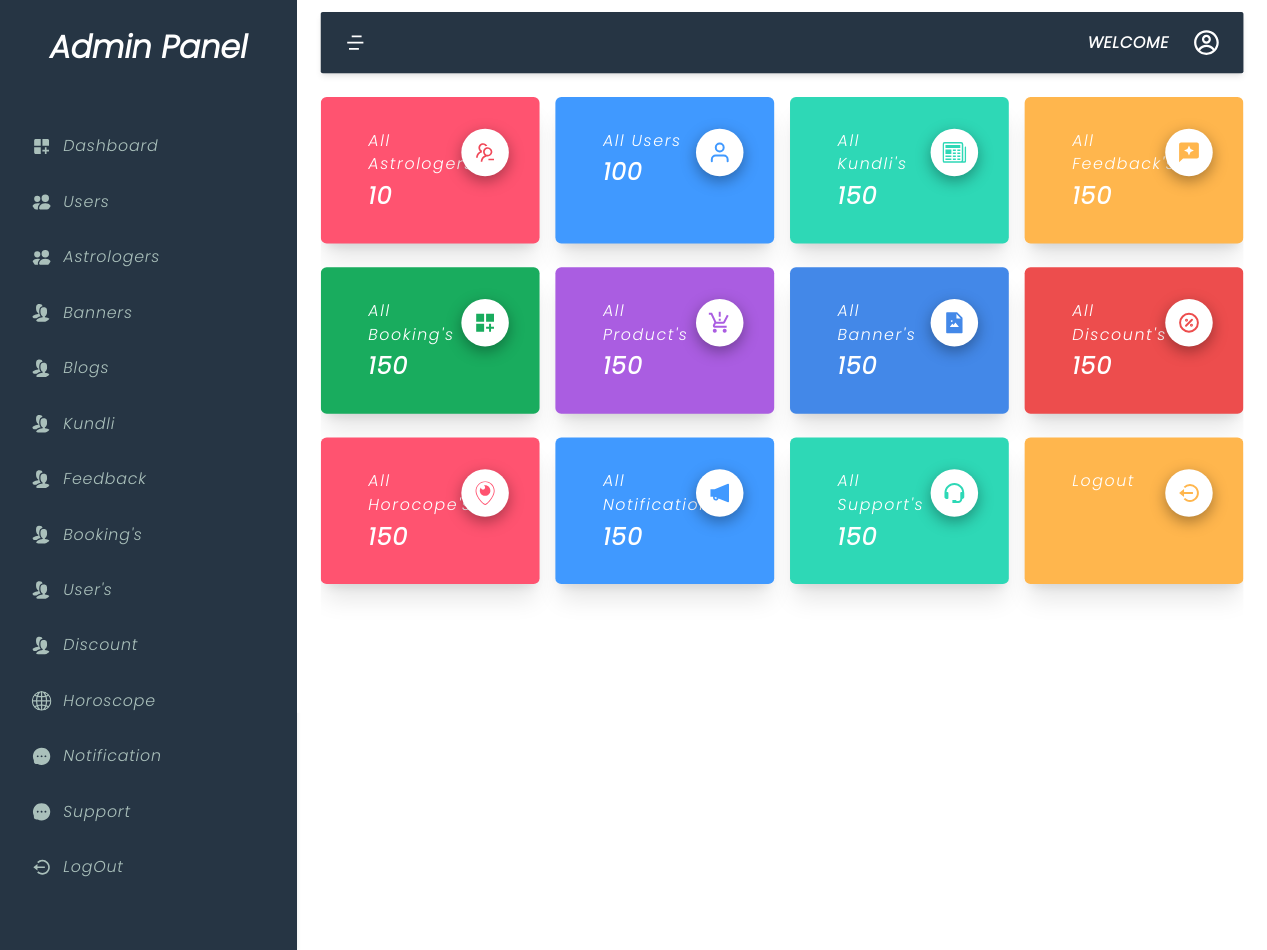
Repository: FlyweisReact/Hariom-Admin-Panel
Page: /vendorDashboard
These files come from the project's save history. The page is drawn as it stood at one moment and after the next save; the edit follows.
The browser window is 1280 px wide. The pictures show the whole page, at 99% of full size.
Some web libraries are served in a nearby version. The project was rebuilt for these pictures with package versions that can differ from the ones it lists, and the page was loaded fresh each time. Also part of the build but not shown: src/vendorPanel/forms/VendorLogin.jsx, src/vendorPanel/pages/AdminDiscount.js, src/vendorPanel/pages/AdminReview.js, src/vendorPanel/pages/Astrologers.js, src/vendorPanel/pages/Banners.js, src/vendorPanel/pages/Booking.js, src/vendorPanel/pages/Horoscope.js, src/vendorPanel/pages/Kundli.js and 6 more.

Above is the page before, as saved 2023-04-15 15:30:25.

### public/index.html
<!-- @format -->

<!DOCTYPE html>
<html lang="en">
  <head>
    <meta charset="utf-8" />
    <meta name="viewport" content="width=device-width, initial-scale=1" />
    <meta name="theme-color" content="#000000" />
    <meta
      name="description"
      content="Web site created using create-react-app"
    />
    <link rel="apple-touch-icon" href="%PUBLIC_URL%/favicon.ico?v=2" />
    <link rel="manifest" href="%PUBLIC_URL%/manifest.json" />
    <link rel="preconnect" href="https://fonts.googleapis.com">
<link rel="preconnect" href="https://fonts.gstatic.com" crossorigin>
<link href="https://fonts.googleapis.com/css2?family=Roboto+Mono:ital,wght@1,300&display=swap" rel="stylesheet">
    <title>HariOm</title>
  </head>
  <body>
    <noscript>You need to enable JavaScript to run this app.</noscript>
    <div id="root"></div>
    <script src="https://code.jquery.com/jquery-3.6.0.min.js"></script>
    <script src="https://kit.fontawesome.com/b533b351e4.js" crossorigin="anonymous"></script>
  </body>
</html>

### src/index.js
import React from "react";
import ReactDOM from "react-dom/client";
import "./index.css";
import App from "./App";
import { BrowserRouter } from "react-router-dom";
import 'bootstrap/dist/css/bootstrap.min.css'

const root = ReactDOM.createRoot(document.getElementById("root"));
root.render(
  <React.StrictMode>
    <BrowserRouter>
      <App />
    </BrowserRouter>
  </React.StrictMode>
);

### src/index.css
/** @format */

@tailwind base;
@tailwind components;
@tailwind utilities;
@import url("https://fonts.googleapis.com/css2?family=Roboto+Mono:ital,wght@1,300&display=swap");
@font-face {
  font-family: Roboto;
  src: url('./Fonts/Poppins-LightItalic.ttf');
}
body {
  margin: 0;
  font-family:Roboto !important;
  -webkit-font-smoothing: antialiased;
  -moz-osx-font-smoothing: grayscale;
}



code {
  font-family:Roboto !important;
}

html {
  font-family:Roboto !important;
}

::-webkit-scrollbar {
  width: 10px;
}
.fa-trash {
  color: red;
  cursor: pointer;
}

/* Track */
::-webkit-scrollbar-track {
  background: #f1f1f1;
}

/* Handle */
::-webkit-scrollbar-thumb {
  background: #888;
}

/* Handle on hover */
::-webkit-scrollbar-thumb:hover {
  background: #555;
}
.profileImage{
  width: 100px;
}
.fa-eye{
  color: #029aff;
  cursor: pointer;
}

.View{
  border:  1px solid black;
  width: 100%;
  padding: 10px;

}

.main-card--container {
  display: grid;
  grid-template-columns: repeat(3, minmax(300px, 500px));
  grid-gap: 50px;
  justify-content: space-around;
}
.card-container {
  margin: 25px 0 auto;
  box-shadow: rgba(0, 0, 0, 0.35) 0px 5px 15px;
  position: relative;
  display: grid;
  grid-template-columns: 1fr;
  justify-content: space-around;
  align-items: flex-start;
}

.myEdit:focus {
  box-shadow: rgba(0, 0, 0, 0.35) 0px 5px 15px;
}

### src/App.js
/** @format */

import { Routes, Route } from "react-router-dom";
import { ToastContainer } from "react-toastify";
import "react-toastify/dist/ReactToastify.css";
import VendorLogin from './vendorPanel/forms/VendorLogin'
import AdminDiscount from "./vendorPanel/pages/AdminDiscount";
import AdminReview from "./vendorPanel/pages/AdminReview";
import Astrologers from "./vendorPanel/pages/Astrologers";
import Banners from "./vendorPanel/pages/Banners";
import Booking from "./vendorPanel/pages/Booking";
import Horoscope from "./vendorPanel/pages/Horoscope";
import Kundli from "./vendorPanel/pages/Kundli";
import Message from "./vendorPanel/pages/Message";
import UploadDocs from "./vendorPanel/pages/UploadDocs";
import Users from "./vendorPanel/pages/Users";
import VendorDashboard from './vendorPanel/pages/VendorDashboard.jsx'
import AdminUsers from './vendorPanel/pages/AdminUsers'
import AdminBlogs from './vendorPanel/pages/AdminBlogs'
import AdminCategory from './vendorPanel/pages/AdminCategory'
// import AdminUsers from './vendorPanel/pages/AdminUsers'

function App() {
  return (
    <>
      <ToastContainer />

      <Routes>
        <Route path="/" element={<VendorLogin />} />
        <Route path="/vendorDashboard" element={<VendorDashboard />} />
        <Route path="/astro" element={<Astrologers />} />
        <Route path="/kundli" element={<Kundli />} />
        <Route path="/horo" element={<Horoscope />} />
        <Route path="/adminReviews" element={<AdminReview />} />
        <Route path="/uploadDocs" element={<UploadDocs />} />
        <Route path="/Banners" element={<Banners />} />
        <Route path="/AdminDiscount" element={<AdminDiscount />} />
        <Route path="/msg" element={<Message />} />
        <Route path="/book" element={<Booking />} />
        <Route path="/users" element={<Users />} />
        {/* <Route path="/support" element={<Suppor />} /> */}
        {/* <Route path="/testimonial" element={<Testimonial />} /> */}


        <Route path="/admin/users" element={<AdminUsers />} />
        <Route path='/admin/blogs' element={<AdminBlogs />} />
        <Route path="/admin/category" element={<AdminCategory />} />
      </Routes>
    </>
  );
}

export default App;

### src/vendorPanel/pages/VendorDashboard.jsx
import React from "react";
import { MdDashboardCustomize, MdProductionQuantityLimits ,MdReviews } from "react-icons/md";
import { FaPeriscope } from "react-icons/fa";
import {AiOutlineUsergroupDelete ,AiFillFileImage , AiFillNotification} from 'react-icons/ai'
import {FiUser} from 'react-icons/fi'
import {BsNewspaper} from 'react-icons/bs'
import {BiSupport ,BiLogOutCircle} from 'react-icons/bi'
import {TbDiscount} from 'react-icons/tb'
import HOC from "../layout/HOC";


const VendorDashboard = () => {
  const card = [
    {
      progress: "bg-blue-400",
      title: "All Astrologers",
      number: "10",
      icon: <AiOutlineUsergroupDelete className="text-2xl text-[rgb(240,72,88)]" />,
      bg : "#ff5370"
    },
    {
      progress: "bg-green-400",
      title: "All Users",
      number: "100",
      icon: (
        <FiUser className="text-2xl text-[#4099ff]" />
      ),
      bg : "#4099ff"
    },
    {
      progress: "bg-yellow-400",
      title: "All Kundli's",
      number: "150",
      icon: <BsNewspaper className="text-2xl text-[#2ed8b6]" />,
      bg : "#2ed8b6"
    },
    {
      progress: "bg-yellow-400",
      title: "All Feedback's",
      number: "150",
      icon: <MdReviews className="text-2xl text-[#ffb64d]" />,
      bg : "#ffb64d"
    },
    {
      progress: "bg-yellow-400",
      title: "All Booking's",
      number: "150",
      icon: <MdDashboardCustomize className="text-2xl text-[#19ac5e]" />,
      bg : "#19ac5e"
    },
    {
      progress: "bg-yellow-400",
      title: "All Product's",
      number: "150",
      icon: <MdProductionQuantityLimits className="text-2xl text-[#aa5de1]" />,
      bg : "#aa5de1"
    },
    {
      progress: "bg-yellow-400",
      title: "All Banner's",
      number: "150",
      icon: <AiFillFileImage className="text-2xl text-[#4388e8]" />,
      bg : "#4388e8"
    },
    {
      progress: "bg-yellow-400",
      title: "All Discount's",
      number: "150",
      icon: <TbDiscount className="text-2xl text-[#ed4d4d]" />,
      bg  : "#ed4d4d"
    },
    {
      progress: "bg-yellow-400",
      title: "All Horocope's",
      number: "150",
      icon: <FaPeriscope className="text-2xl text-[#ff5370]" />,
      bg : "#ff5370"
    },
    {
      progress: "bg-yellow-400",
      title: "All Notification's",
      number: "150",
      icon: <AiFillNotification className="text-2xl text-[#4099ff]" />,
      bg : "#4099ff"
    },
    {
      progress: "bg-yellow-400",
      title: "All Support's",
      number: "150",
      icon: <BiSupport className="text-2xl text-[#2ed8b6]" />,
      bg : "#2ed8b6"
    },
    {
      progress: "bg-yellow-400",
      title: "Logout",
      icon: <BiLogOutCircle className="text-2xl text-[#ffb64d]" />,
      bg : "#ffb64d"
    },
  ];
  return (
    <>
      <section className="grid md:grid-cols-4 grid-cols-2 gap-y-6 gap-x-4">
        {/* Card */}
        {card.map((card , index) => {
          return (
            <div className="px-5 py-8 bg-slate-200 space-y-2 shadow-xl flex flex-col  rounded-md" key={index} style={{backgroundColor : `${card.bg}`}}>
              <div className="grid  justify-between grid-cols-4">
                <div className="flex flex-col col-span-3 space-y-1">
                  <span className="tracking-widest text-gray-900" style={{color : '#fff'}}>
                    {card.title}
                  </span>
                  <span className="tracking-wider text-gray-700 text-xl md:text-2xl font-semibold" style={{color : '#fff'}}>
                    {card.number}
                  </span>
                </div>
                <div className="flex rounded-full w-10 h-10 sm:w-12 sm:h-12 bg-white justify-center items-center" style={{boxShadow : 'rgba(0, 0, 0, 0.35) 0px 5px 15px'}}>
                  {card.icon}
                </div>
              </div>
            </div>
          );
        })}
      </section>
    </>
  );
};

export default HOC(VendorDashboard);

### src/vendorPanel/layout/HOC.jsx
import React, { useState } from "react";
import Navbar from "./Navbar";
import Sidebar from "./Sidebar";

const HOC = (Wcomponenet) => {
  return function Component() {
    const [hamb, setHamb] = useState(false);
    return (
      <>
        <section className="flex overflow-x-hidden relative">
          {/* Sidebar */}
          <div
            className={
              hamb
                ? " absolute top-0 z-30 md:w-auto shadow-md bg-slate-200  w-60 transition-all md:-left-full left duration-150  h-auto overflow-y-auto  left-0 "
                : " md:w-72 z-30 bg-slate-200  shadow-md  md:static absolute top-0 -left-full   transition-all duration-150  overflow-y-auto h-auto"
            }
            style={{minWidth : '300px'}}
          >
            <Sidebar hamb={hamb} setHamb={setHamb} />
          </div>
          {/* Components & Navbar */}
          <div
            className={
              hamb
                ? " transition-all px-4 py-2  bg-white duration-150 w-full h-screen"
                : " w-full h-screen  px-4 py-2  bg-white z-50 transition-all duration-150 "
            }
          >
            <Navbar hamb={hamb} setHamb={setHamb} />
            <div className="my-6 text-#000 h-[87%] wcomp overflow-y-auto">
              <Wcomponenet />
            </div>
          </div>
        </section>
      </>
    );
  };
};

export default HOC;

### src/vendorPanel/layout/Navbar.jsx
/** @format */

import { RiMenu4Line } from "react-icons/ri";
import { CgProfile } from "react-icons/cg";
import Form from "react-bootstrap/Form";
import { useState } from "react";
import Button from "react-bootstrap/Button";
import Modal from "react-bootstrap/Modal";
import Container from "react-bootstrap/Container";

function MyVerticallyCenteredModal(props) {
  return (
    <Modal
      {...props}
      size="lg"
      aria-labelledby="contained-modal-title-vcenter"
      centered
    >
      <Modal.Header closeButton>
        <Modal.Title id="contained-modal-title-vcenter">
          Edit Profile
        </Modal.Title>
      </Modal.Header>
      <Modal.Body>
        <Container style={{ width: "600px" }}>
          <Form>
            <Form.Group className="mb-3" controlId="formBasicEmail">
              <Form.Label>Name</Form.Label>
              <Form.Control type="text" placeholder="Admin" />
            </Form.Group>
            <Form.Group className="mb-3" controlId="formBasicPassword">
              <Form.Label>Email Address</Form.Label>
              <Form.Control type="email" placeholder="admin@gmail.com" />
            </Form.Group>
            <Form.Group className="mb-3" controlId="formBasicPassword">
              <Form.Label>Password</Form.Label>
              <Form.Control type="password" placeholder="Password" />
            </Form.Group>
            <Button variant="outline-success" type="submit">
              Edit
            </Button>
          </Form>
        </Container>
      </Modal.Body>
    </Modal>
  );
}

const Navbar = ({ hamb, setHamb }) => {
  const [modalShow, setModalShow] = useState(false);

  return (
    <>
      <MyVerticallyCenteredModal
        show={modalShow}
        onHide={() => setModalShow(false)}
      />

      <div
        className={
          hamb
            ? "flex  w-full justify-between  my-1 rounded-sm  p-4 py-3 shadow-md items-center  bg-slate-200 space-x-4"
            : "flex  w-full justify-between my-1 rounded-sm  p-4 py-3 shadow-md items-center  bg-slate-200 space-x-4"
        }
        style={{backgroundColor : '#263544'}}
      >
        <RiMenu4Line
          onClick={() => setHamb(!hamb)}
          className="text-2xl font-bold text-gray-900 hover:scale-90 cursor-pointer"
          style={{color : '#fff'}}
        />

        <section className="flex sm:ml-auto justify-end sm:w-full items-center space-x-2  pr-2">
          <figcaption className="tracking-wider pl-1 font-semibold">
            <div className="lg:text-base text-sm text-gray-900  uppercase"    style={{color : '#fff'}}>
              Welcome
            </div>
          </figcaption>
        </section>

        <CgProfile
          onClick={() => setModalShow(true)}
          className="text-2xl sm:text-3xl font-bold text-[rgb(241,146,46)] cursor-pointer"
          style={{color : '#fff'}}
        />
      </div>
    </>
  );
};

export default Navbar;

### src/vendorPanel/layout/Sidebar.jsx
/** @format */

import React from "react";
import { RiCloseLine } from "react-icons/ri";
import { Link, useNavigate } from "react-router-dom";
import { BsFillPeopleFill } from "react-icons/bs";
import { ImUsers } from "react-icons/im";
import { BiLogOutCircle } from "react-icons/bi";
import { MdDashboardCustomize } from "react-icons/md";
import { BsGlobe2 } from "react-icons/bs";
import { AiFillMessage } from "react-icons/ai";

const Sidebar = ({ hamb, setHamb }) => {
  const navigate = useNavigate();

  const nav = [
    {
      icon: <MdDashboardCustomize className="text-xl mr-3 rounded-full " />,
      link: "/vendorDashboard",
      name: "Dashboard",
    },
    {
      icon: <BsFillPeopleFill className="text-xl mr-3 rounded-full " />,
      link: "/admin/users",
      name: "Users",
    },
    {
      icon: <BsFillPeopleFill className="text-xl mr-3 rounded-full " />,
      link: "/astro",
      name: "Astrologers",
    },
    {
      icon: <ImUsers className="text-xl mr-3 rounded-full " />,
      link: "/Banners",
      name: "Banners",
    },
    {
      icon: <ImUsers className="text-xl mr-3 rounded-full " />,
      link: "/admin/blogs",
      name: "Blogs",
    },
    {
      icon: <ImUsers className="text-xl mr-3 rounded-full " />,
      link: "/kundli",
      name: "Kundli",
    },
    {
      icon: <ImUsers className="text-xl mr-3 rounded-full " />,
      link: "/adminReviews",
      name: "Feedback",
    },
    {
      icon: <ImUsers className="text-xl mr-3 rounded-full " />,
      link: "/book",
      name: "Booking's",
    },
    {
      icon: <ImUsers className="text-xl mr-3 rounded-full " />,
      link: "/users",
      name: "User's",
    },



    {
      icon: <ImUsers className="text-xl mr-3 rounded-full " />,
      link: "/AdminDiscount",
      name: "Discount",
    },
    {
      icon: <BsGlobe2 className="text-xl mr-3 rounded-full " />,
      link: "/horo",
      name: "Horoscope",
    },
    {
      icon: <AiFillMessage className="text-xl mr-3 rounded-full " />,
      link: "/msg",
      name: "Notification",
    },
    {
      icon: <AiFillMessage className="text-xl mr-3 rounded-full " />,
      link: "/support",
      name: "Support",
    },
  ];

  const logOut = () => {
    localStorage.removeItem("AdminToken");
    navigate("/");
  };

  return (
    <>
      <aside
        className="p-4 h-auto"
        style={{ backgroundColor: "#263544", minHeight: "100vh" }}
      >
        {/* Top */}
        <div className="w-full md:hidden relative  p-2 mb-4">
          <RiCloseLine
            onClick={() => setHamb(!hamb)}
            className="text-3xl  absolute top-2 sm:hover:rotate-[228deg] transition-transform font-bold right-2 sm:hover:text-[22px] text-[rgb(241,146,46)] cursor-pointer"
          />
        </div>{" "}
        <figure className="flex  flex-col items-center">
          <span className="font-bold text-[#fff]" style={{ fontSize: "2rem" }}>
            Admin Panel
          </span>
        </figure>
        <nav className="py-6">
          {nav.map((nav) => {
            return (
              <Link
                to={nav.link}
                key={nav.name}
                className=""
                style={{ textDecoration: "none" }}
              >
                <span
                  className="flex my-3 items-center cursor-pointer text-gray-900    tracking-wider p-2 rounded-sm"
                  style={{ color: "#aac0bb" }}
                >
                  {nav.icon} {nav.name}
                </span>
              </Link>
            );
          })}
          <span
            className="flex my-3 items-center cursor-pointer text-gray-900    tracking-wider p-2 rounded-sm"
            onClick={() => logOut()}
            style={{ color: "#aac0bb" }}
          >
            <BiLogOutCircle className="text-xl mr-3 rounded-full " /> LogOut
          </span>
        </nav>
      </aside>
    </>
  );
};

export default Sidebar;

Loaded but not shown: tailwind.config.js (common file)

After the next save:
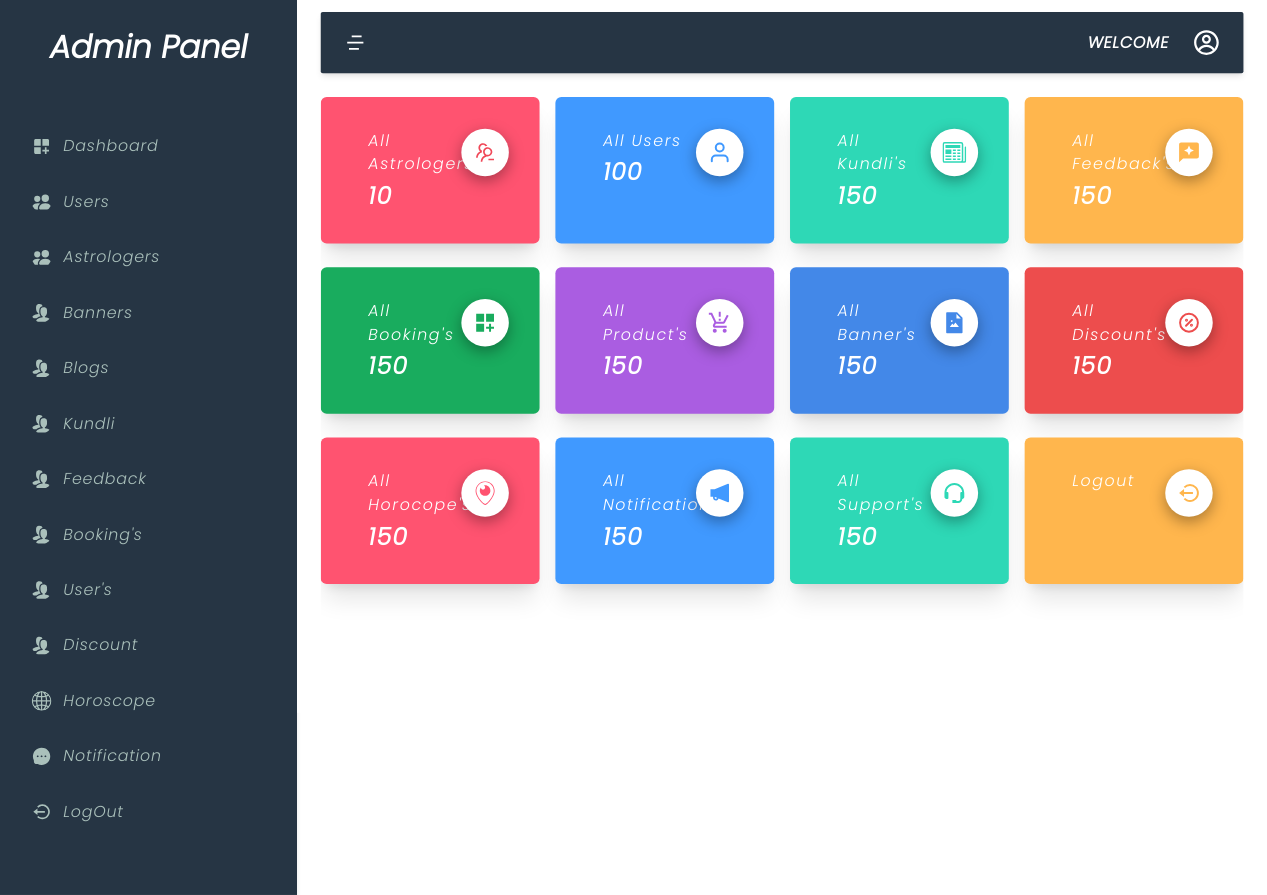
Saved 8 s later.
--- a/src/vendorPanel/layout/Sidebar.jsx
+++ b/src/vendorPanel/layout/Sidebar.jsx
@@ -77,11 +77,7 @@ const Sidebar = ({ hamb, setHamb }) => {
       link: "/msg",
       name: "Notification",
     },
-    {
-      icon: <AiFillMessage className="text-xl mr-3 rounded-full " />,
-      link: "/support",
-      name: "Support",
-    },
+
   ];
 
   const logOut = () => {
